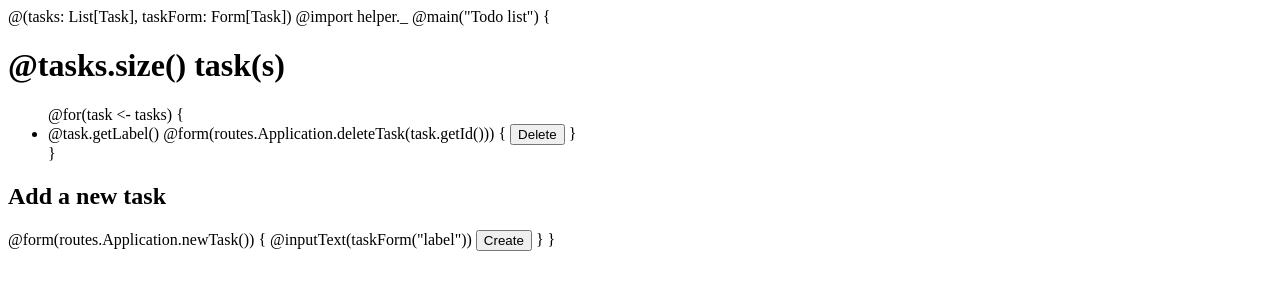
Repository: lcavalcante/si1
Page: lab2/.target/views/index.scala.html
The author's editor kept a copy of each file at every save. The page is drawn from the files as they stood at one save, then again after the next save.
The browser window is 1280 px wide. The pictures show the whole page.

Above is the page before, as saved 2013-11-26 23:31:55.

After the next save:
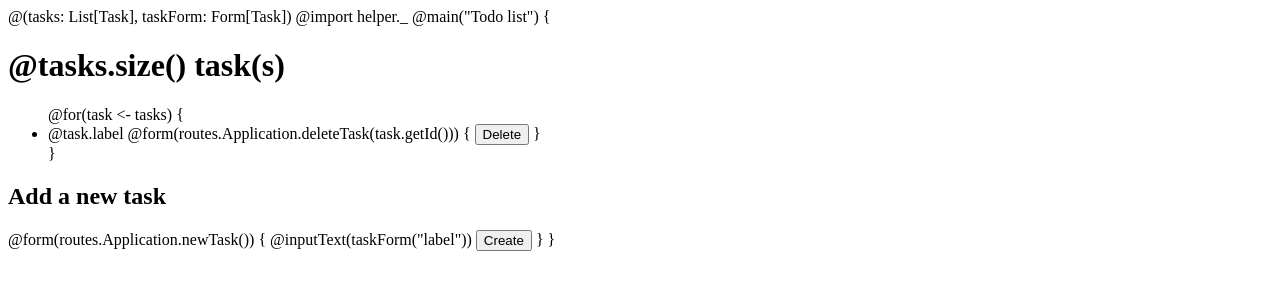
Saved 48 s later.
--- a/lab2/.target/views/index.scala.html
+++ b/lab2/.target/views/index.scala.html
@@ -9,7 +9,7 @@
     <ul>
         @for(task <- tasks) {
             <li>
-                @task.getLabel()
+                @task.label
 
                 @form(routes.Application.deleteTask(task.getId())) {
                     <input type="submit" value="Delete">

After the save that followed:
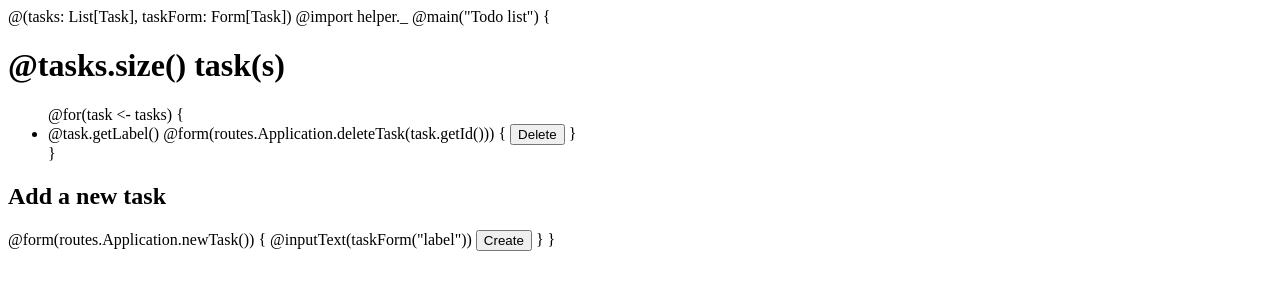
Saved 2 min 18 s later.
--- a/lab2/.target/views/index.scala.html
+++ b/lab2/.target/views/index.scala.html
@@ -9,7 +9,7 @@
     <ul>
         @for(task <- tasks) {
             <li>
-                @task.label
+                @task.getLabel()
 
                 @form(routes.Application.deleteTask(task.getId())) {
                     <input type="submit" value="Delete">
